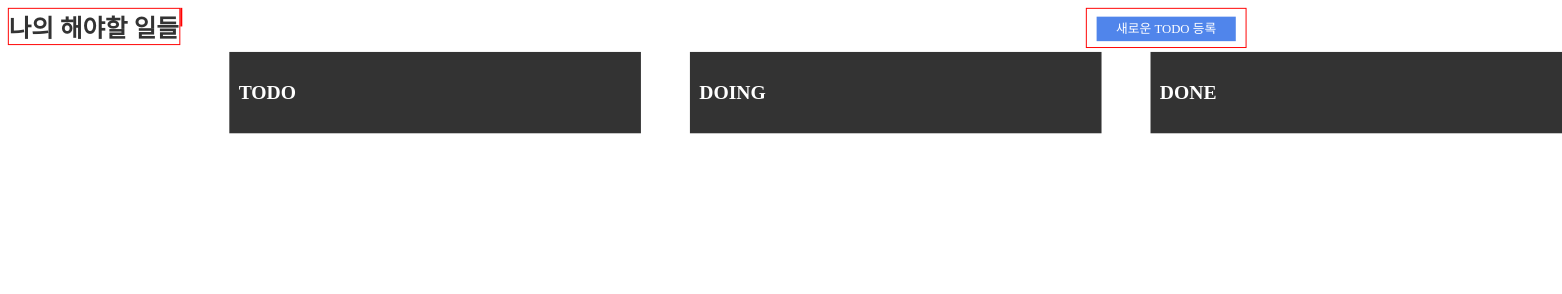
Repository: estellechoi/jsp-project-todo
Page: http://localhost/todo/MainServlet
The author's editor kept a copy of each file at every save. The page is drawn from the files as they stood at one save, then again after the next save.
The browser window is 1280 px wide. The page is 1594 px wide, then 1418 px, so the pictures cover 1594 px, including what lies to the right of the window. The pictures show the whole page, at 98% of full size.
The page is served by Tomcat 9. Queries for data that is not in the repository find no rows.

Above is the page before, as saved 2019-12-08 08:08:56.

After the next save:
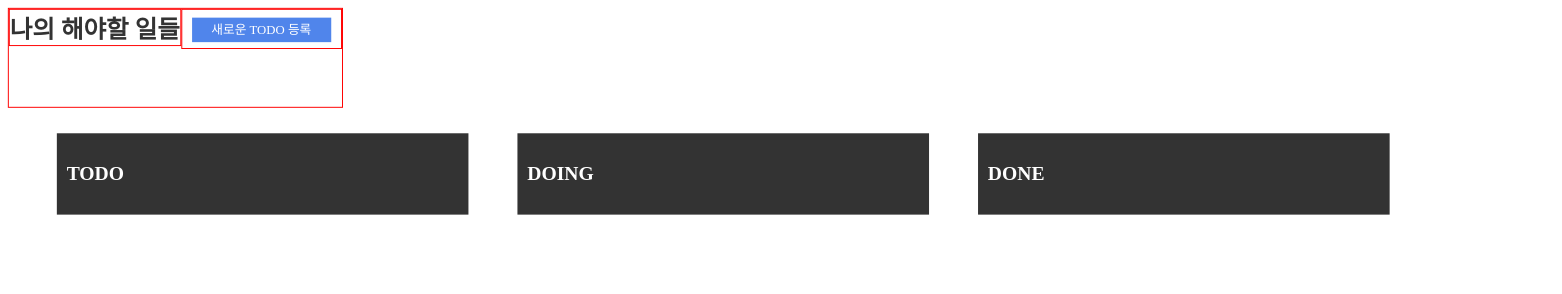
Saved 12 s later.
--- a/todo/src/main/webapp/jsp/main.jsp
+++ b/todo/src/main/webapp/jsp/main.jsp
@@ -24,10 +24,10 @@
 	}
 
 	header {
-  		height: 80px;
+  		height: 100px;
 /*  		padding: 20px 20px 20px 20px; */
 		border: 1px solid red;
-		display: inline;
+		display: inline-block;
 		vertical-align: middle;
 	}
 
